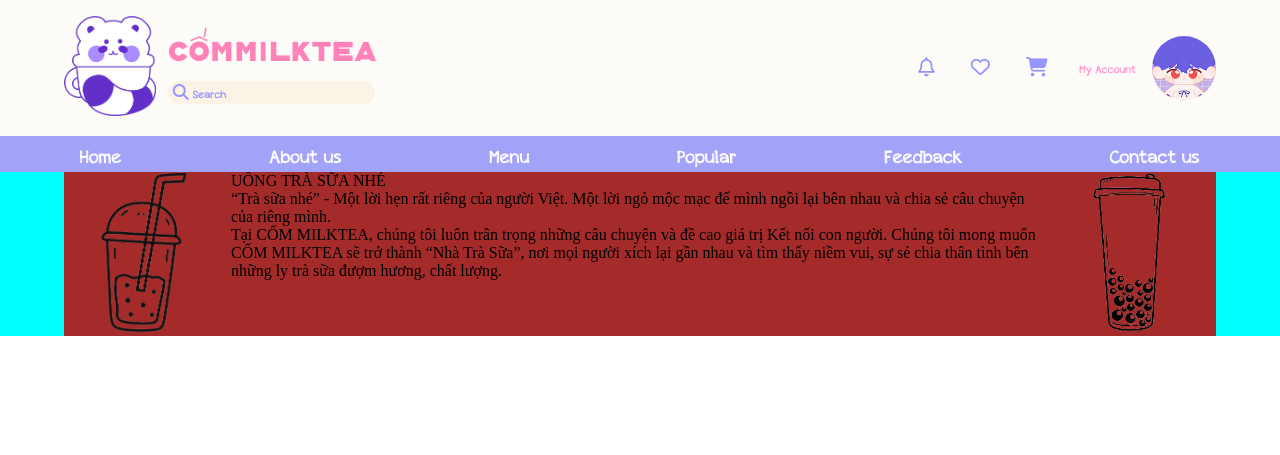
Repository: khangnguyencc/ComMilkTea
Page: HTML/ABOUTUS.html
An editor plug-in stored every save of this project. The page is shown before and after the next save, followed by the edit.
The browser window is 1280 px wide. The pictures show the whole page.
Some web libraries are served in a nearby version.

Above is the page before, as saved 2023-11-10 22:14:04.
Console error: ReferenceError: AOS is not defined

After the next save:
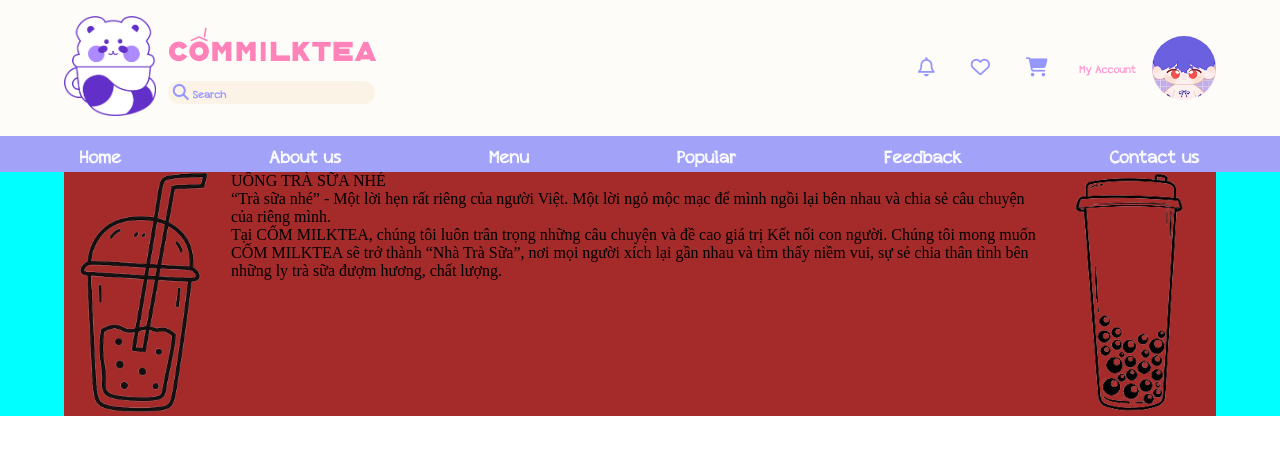
Saved 4 s later.
--- a/CSS/ABOUTUS.css
+++ b/CSS/ABOUTUS.css
@@ -21,6 +21,6 @@
 }
 .sec-9 .ar-9 .milktea-drink .milktea-img img{
     width: 10rem;
-    height: 10rem;
+    height: 15rem;
     object-fit: contain;
 }
